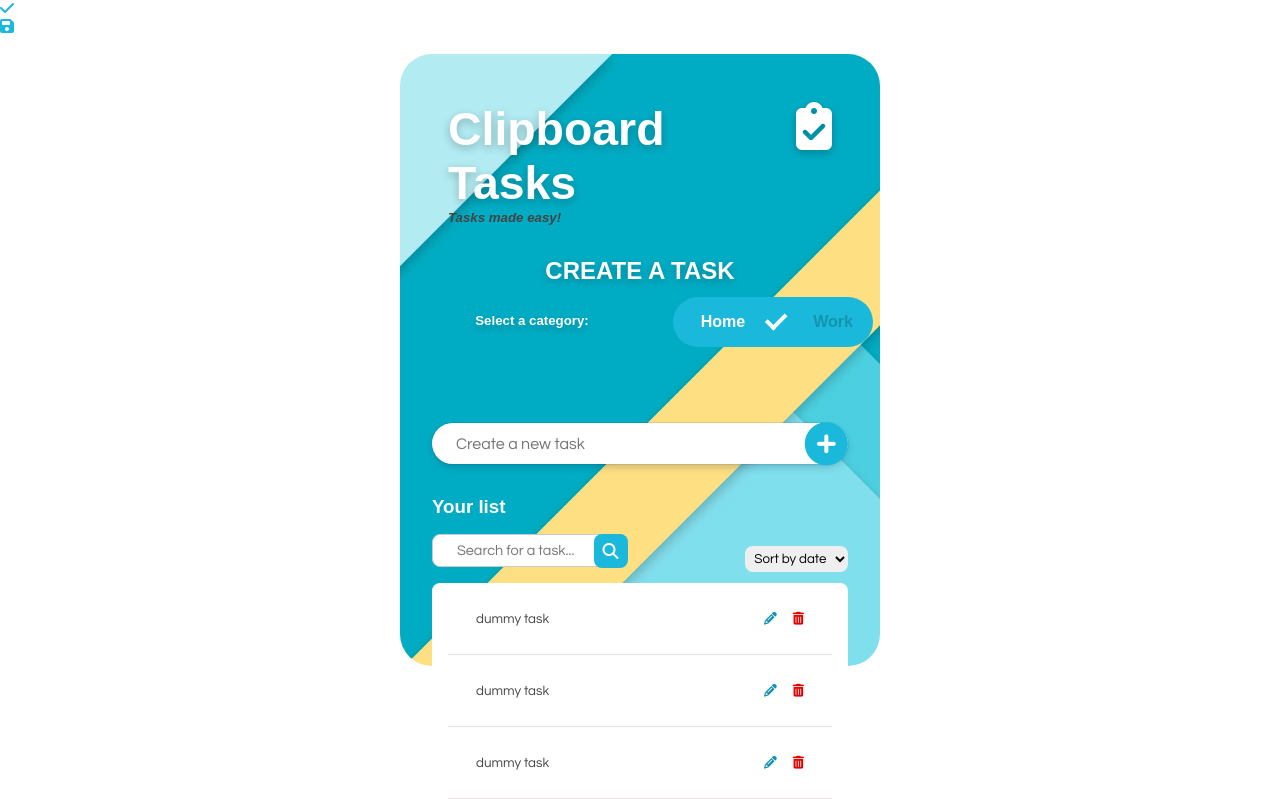
Repository: WesleyErasmus/Todo-App
Page: todoApp.html
The author's editor kept a copy of each file at every save. The page is drawn from the files as they stood at one save, then again after the next save.
The browser window is 1280 px wide. The pictures show the whole page.
Some web fonts or font styles are not loaded; a fallback is used. Some web libraries are served in a nearby version.

Above is the page before, as saved 2022-06-12 17:21:34.

After the next save:
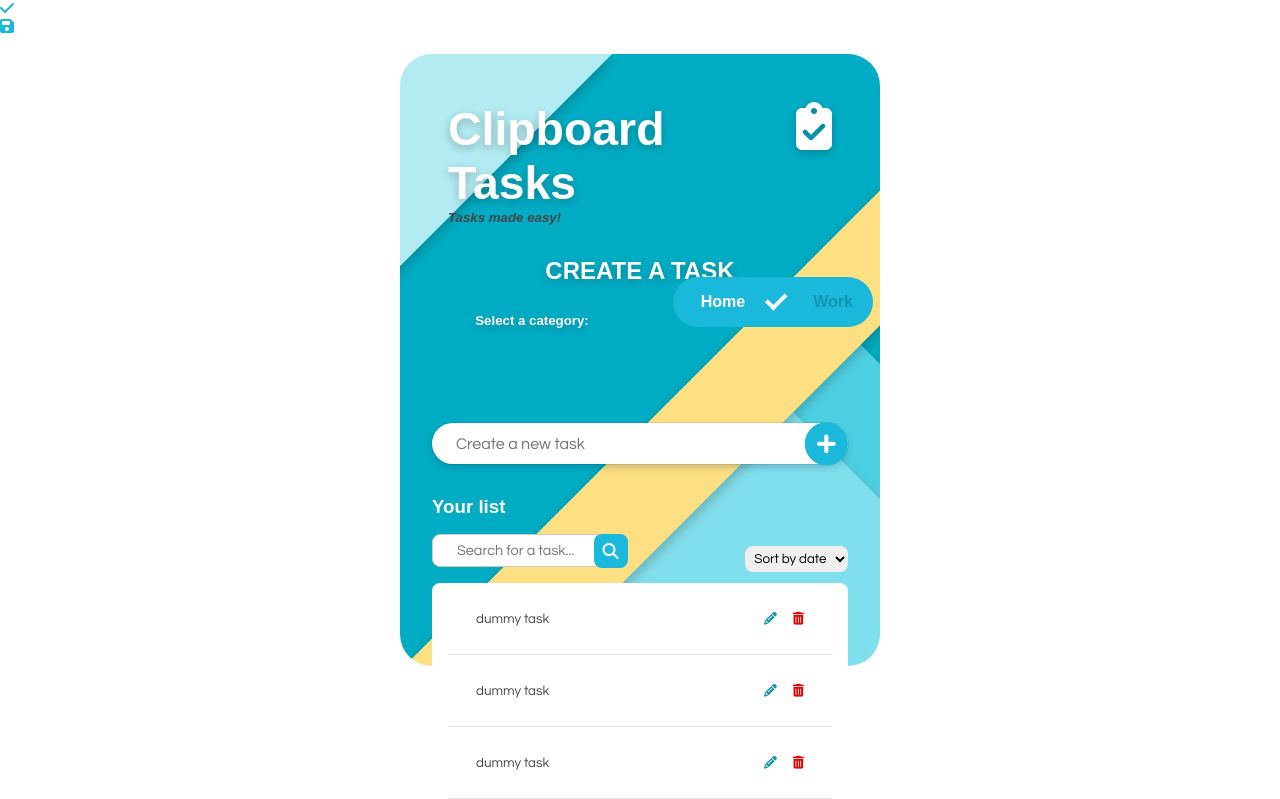
Saved 31 s later.
--- a/source/css/todoApp.css
+++ b/source/css/todoApp.css
@@ -354,7 +354,7 @@ option {
     width: 200px;
     height: 50px;
     text-align: center;
-    margin: -30px 0 0 -75px;
+    margin: -50px 0 0 -75px;
     background: var(--primary);
     transition: all 0.2s ease;
     border-radius: 9999px;

After the save that followed:
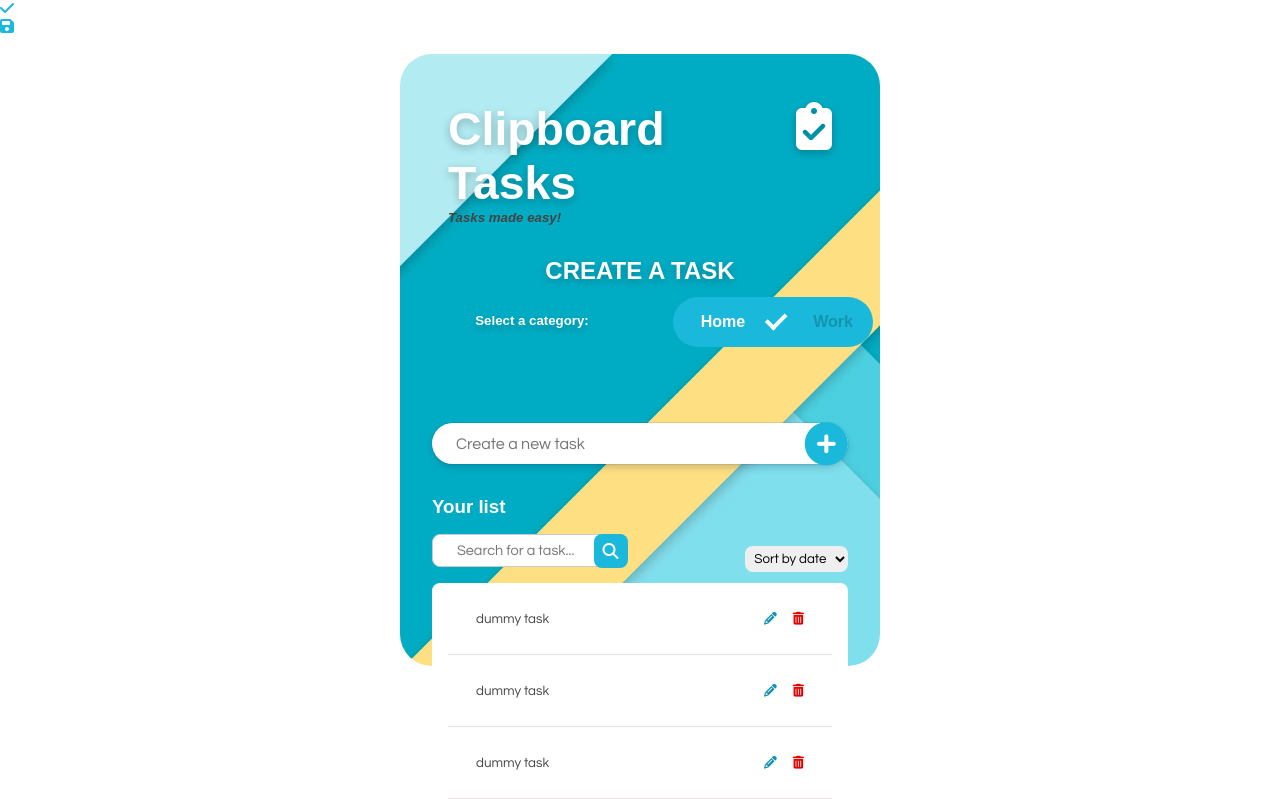
Saved 5 s later.
--- a/source/css/todoApp.css
+++ b/source/css/todoApp.css
@@ -354,7 +354,7 @@ option {
     width: 200px;
     height: 50px;
     text-align: center;
-    margin: -50px 0 0 -75px;
+    margin: -30px 0 0 -75px;
     background: var(--primary);
     transition: all 0.2s ease;
     border-radius: 9999px;
